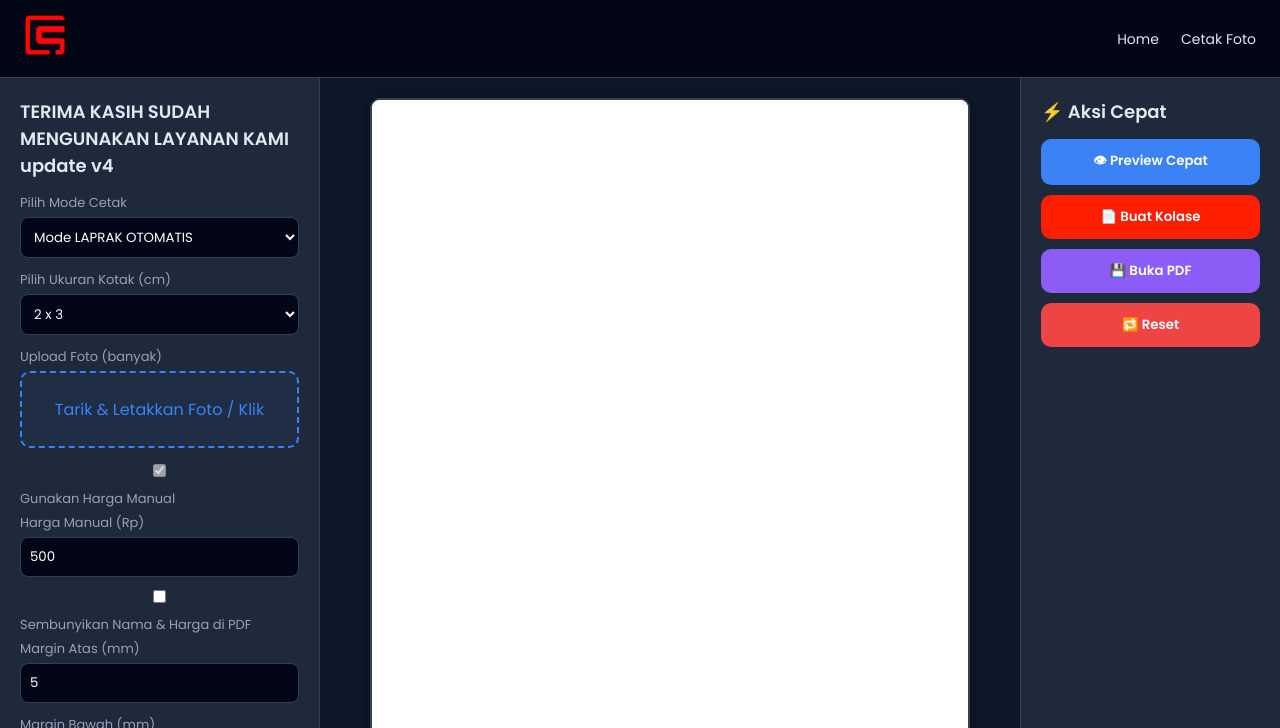
Repository: procinema22/hiisedulurfc
Page: cetakfoto.html
These files come from the project's save history. The page is drawn as it stood at one moment and after the next save; the edit follows.
The browser window is 1280 px wide. The pictures show the whole page.
An inner scrolling area shows only its first screen.

Above is the page before, as saved 2026-04-27 21:26:57.

### cetakfoto.html
<!DOCTYPE html>
<html lang="id">
<head>
  <meta charset="UTF-8">
  <meta name="viewport" content="width=device-width, initial-scale=1.0">

  <title>SEDULUR FOTO COPY – Cetak Foto</title>

  <link rel="icon" type="image/png" href="img/loggo/sdlr.png">
  <link href="https://fonts.googleapis.com/css2?family=Poppins:wght@400;600&display=swap" rel="stylesheet">
  <link rel="stylesheet" href="css/cetak.css">

  <script src="https://cdn.jsdelivr.net/npm/exif-js"></script>
  <script src="https://cdnjs.cloudflare.com/ajax/libs/jspdf/2.5.1/jspdf.umd.min.js"></script>
</head>

<body>

<!-- ================= NAVBAR ================= -->
<header>
  <div class="logo">
    <a href="index.html">
      <img src="img/loggo/sdlr.png" alt="Sedulur Foto Copy">
    </a>
  </div>

  <nav>
    <ul>
      <li><a href="index.html">Home</a></li>
      <li><a href="cetakfoto.html" class="active">Cetak Foto</a></li>

    </ul>
  </nav>
</header>

<!-- ================= LAYOUT ================= -->
<div class="layout">

  <!-- ========= PANEL KIRI ========= -->
  <aside class="left-panel">

    <h2 class="section-title">TERIMA KASIH SUDAH MENGUNAKAN LAYANAN KAMI update v4</h2>

    <label>Pilih Mode Cetak</label>
    <select id="modeSelect">
      <option value="normal">Mode LAPRAK OTOMATIS</option>
      <option value="perfoto">Mode PAS FOTO</option>
      <option value="circle">Mode LINGKARAN</option>
    </select>

    <div id="circleControls" style="display:none;">
      <label>Diameter Lingkaran (cm)</label>
      <input id="circleDiameter" type="number" value="4">
    </div>

    <label>Pilih Ukuran Kotak (cm)</label>
    <select id="sizeSelect">
      <option value="2x3">2 x 3</option>
      <option value="3x4">3 x 4</option>
      <option value="4x6">4 x 6</option>
      <option value="5x5">5 x 5</option>
      <option value="6x9">6 x 9</option>
      <option value="10x15">10 x 15</option>
      <option value="custom">Custom...</option>
    </select>

    <div id="customSize" style="display:none;">
      <input id="customW" type="number" placeholder="Lebar (cm)">
      <input id="customH" type="number" placeholder="Tinggi (cm)">
    </div>

    <label>Upload Foto (banyak)</label>
    <div id="dropArea" class="drop-area">
      Tarik & Letakkan Foto / Klik
    </div>
    <input id="upload" type="file" multiple accept="image/*" hidden>

    <label>
      <input type="checkbox" id="manualHargaCheckbox">
      Gunakan Harga Manual
    </label>

    <div id="manualHargaBox" style="display:none;">
      <label>Harga Manual (Rp)</label>
      <input
  id="manualHargaInput"
  type="number"
  value="500"
  min="500"
  step="500">
    </div>

    <label>
      <input type="checkbox" id="hideInfo">
      Sembunyikan Nama & Harga di PDF
    </label>

    <label>Margin Atas (mm)</label>
    <input id="marginTop" type="number" value="5">

    <label>Margin Bawah (mm)</label>
    <input id="marginBottom" type="number" value="5">

    <label>Margin Kiri (mm)</label>
    <input id="marginLeft" type="number" value="5">

    <label>Margin Kanan (mm)</label>
    <input id="marginRight" type="number" value="5">

    <label>Gap antar foto (px)</label>
    <input id="gap" type="number" value="20">

    <label>Nama Pelanggan</label>
    <input id="userName" type="text" placeholder="Nama pengguna">

    <label>
      <input type="checkbox" id="laprakMode">
      Mode Laprak Manual
    </label>

    <div id="laprakControls" style="display:none;">
      <label>Nama Laprak</label>
      <input type="text" id="laprakName">
      <label>Harga Laprak (Rp)</label>
      <input type="number" id="laprakPrice" value="2000">
    </div>

    <div class="price" id="priceDisplay">Harga: Rp 0</div>
    <div id="batchList"></div>

    <label>
      <input type="checkbox" checked disabled>
      hubungi admin untuk menghilangkan watermark
    </label>

  </aside>

  <!-- ========= PANEL TENGAH ========= -->
  <section class="center-panel">
    <canvas id="canvas" width="1240" height="1754"></canvas>

    <div class="page-nav" id="pageNav" style="display:none;">
      <button id="prevPage">⬅</button>
      <div id="pageIndicator">Halaman 1 / 1</div>
      <button id="nextPage">➡</button>
    </div>
  </section>

  <!-- ========= PANEL KANAN ========= -->
  <aside class="right-panel">
    <h2 class="section-title">⚡ Aksi Cepat</h2>
    <button id="previewBtn" class="btn blue">👁 Preview Cepat</button>
    <button id="generateBtn" class="btn green">📄 Buat Kolase</button>
    <button id="downloadPdf" class="btn purple">💾 Buka PDF</button>
    <button id="reset" class="btn red">🔁 Reset</button>
  </aside>

</div>

<!-- ================= LOADING ================= -->
<div id="loadingOverlay">
  <div class="loader"></div>
  <p>Memproses... tunggu sebentar ya</p>
</div>

<div id="toast"></div>

<script src="js/script.js"></script>

<!-- ================= FIREBASE AUTH ================= -->


</body>
</html>

### css/cetak.css
/* ============ ROOT & GLOBAL ============ */
:root {
    --bg: #0f172a;
    --card: #1e293b;
    --border: #334155;
    --text: #e2e8f0;
    --muted: #94a3b8;
    --blue: #3b82f6;
    --green: #ff1e00;
    --purple: #8b5cf6;
    --red: #ef4444;
    --shadow: rgba(0,0,0,.4);
  }

  *{
    margin:0;
    padding:0;
    box-sizing:border-box;
    font-family:"Poppins",sans-serif;
  }

  body{
    background:var(--bg);
    color:var(--text);
    overflow-x:hidden;
  }

  /* ============ HEADER / NAVBAR ============ */
  header{
    display:flex;
    align-items:center;
    justify-content:space-between;
    padding:14px 24px;
    background:#020617;
    border-bottom:1px solid var(--border);
  }

  header .logo img{
    height:42px;
  }

  header nav ul{
    display:flex;
    gap:22px;
    list-style:none;
  }

  header nav ul li a{
    color:var(--text);
    text-decoration:none;
    font-size:14px;
    font-weight:500;
  }

  header nav ul li a:hover{
    color:var(--green);
  }

  .search-box{
    display:flex;
    gap:6px;
  }

  .search-box input{
    padding:6px 10px;
    border-radius:8px;
    background:#020617;
    border:1px solid var(--border);
    color:white;
  }

  /* ============ LAYOUT ============ */
  .layout{
    display:grid;
    grid-template-columns:320px 1fr 260px;
    height:calc(100vh - 70px);
  }

  /* ============ LEFT PANEL ============ */
  .left-panel{
    background:var(--card);
    padding:20px;
    border-right:1px solid var(--border);
    overflow-y:auto;
  }

  .left-panel label{
    font-size:13px;
    color:var(--muted);
    margin-bottom:4px;
    display:block;
  }

  .left-panel input,
  .left-panel select{
    width:100%;
    padding:9px;
    border-radius:8px;
    border:1px solid var(--border);
    background:#020617;
    color:white;
    margin-bottom:12px;
  }

  .section-title{
    font-size:18px;
    font-weight:600;
    margin-bottom:14px;
  }

  /* DROP AREA */
  .drop-area{
    border:2px dashed var(--blue);
    padding:24px;
    text-align:center;
    border-radius:10px;
    color:var(--blue);
    background:rgba(59,130,246,.05);
    cursor:pointer;
    margin-bottom:15px;
  }

  .drop-area:hover{
    background:rgba(59,130,246,.15);
  }

  /* PRICE */
  .price{
    font-size:16px;
    font-weight:600;
    margin-top:6px;
  }

  /* ============ CENTER PANEL ============ */
  .center-panel{
    padding:20px;
    display:flex;
    flex-direction:column;
    align-items:center;
    overflow-y:auto;
  }

  canvas{
    width:100%;
    max-width:600px;
    background:white;
    border-radius:10px;
    border:2px solid var(--border);
    box-shadow:0 0 15px var(--shadow);
  }

  /* PAGE NAV */
  .page-nav{
    display:flex;
    gap:14px;
    margin-top:12px;
  }

  .page-nav button{
    padding:8px 14px;
    border:none;
    border-radius:8px;
    background:var(--blue);
    color:white;
    cursor:pointer;
  }

  /* ============ RIGHT PANEL ============ */
  .right-panel{
    background:var(--card);
    padding:20px;
    border-left:1px solid var(--border);
    overflow-y:auto;
  }

  .btn{
    width:100%;
    padding:12px;
    border:none;
    border-radius:10px;
    font-weight:600;
    cursor:pointer;
    margin-bottom:10px;
    color:white;
  }

  .blue{background:var(--blue)}
  .green{background:var(--green)}
  .purple{background:var(--purple)}
  .red{background:var(--red)}

  /* ============ LOADER & TOAST ============ */
  #loadingOverlay{
    position:fixed;
    inset:0;
    background:rgba(0,0,0,.7);
    display:none;
    flex-direction:column;
    justify-content:center;
    align-items:center;
    z-index:9999;
  }

  .loader{
    width:60px;
    height:60px;
    border-radius:50%;
    border:6px solid #fff;
    border-top:6px solid var(--blue);
    animation:spin 1s linear infinite;
  }

  @keyframes spin{
    to{transform:rotate(360deg)}
  }

  #toast{
    position:fixed;
    bottom:20px;
    right:20px;
    padding:12px 18px;
    background:var(--card);
    border-left:5px solid var(--blue);
    border-radius:10px;
    opacity:0;
    transition:.3s;
    z-index:10000;
  }

  #toast.show{
    opacity:1;
    transform:translateY(-6px);
  }

  /* ============ PRINT A4 MODE ============ */
  @media print{
    header,
    .left-panel,
    .right-panel,
    .page-nav,
    #toast,
    #loadingOverlay{
      display:none !important;
    }

    body{
      background:white;
      overflow:visible;
    }

    .layout{
      display:block;
      height:auto;
    }

    canvas{
      width:210mm !important;
      height:297mm !important;
      max-width:none;
      border:none;
      box-shadow:none;
      border-radius:0;
    }
  }

  @page{
    size:A4;
    margin:10mm;
  }
  .btn-logout {
    background: #e53935;
    color: #fff;
    border: none;
    padding: 8px 14px;
    border-radius: 6px;
    cursor: pointer;
    font-weight: 600;
  }

  .btn-logout:hover {
    background: #c62828;
  }

Loaded but not shown: js/script.js (985 lines, source omitted)

After the next save:
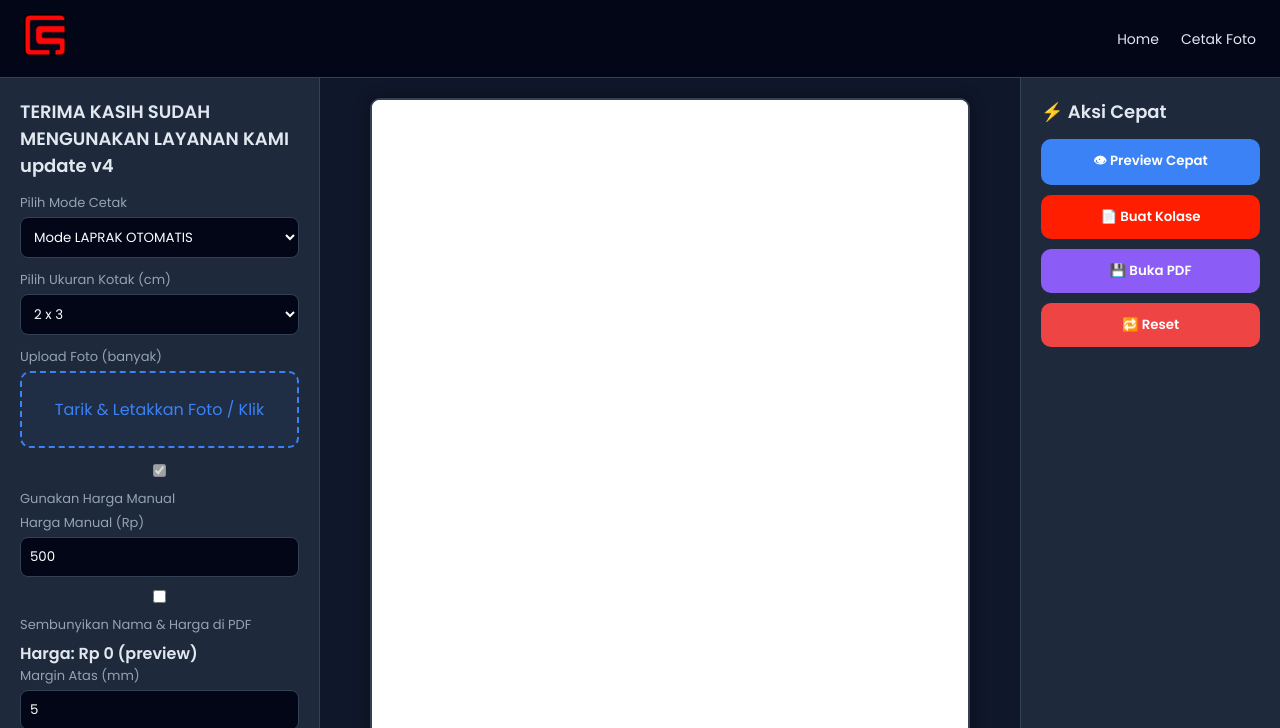
Saved 39 s later.
--- a/cetakfoto.html
+++ b/cetakfoto.html
@@ -94,6 +94,15 @@
       <input type="checkbox" id="hideInfo">
       Sembunyikan Nama & Harga di PDF
     </label>
+    <div id="laprakControls" style="display:none;">
+      <label>Nama Laprak</label>
+      <input type="text" id="laprakName">
+      <label>Harga Laprak (Rp)</label>
+      <input type="number" id="laprakPrice" value="2000">
+    </div>
+
+    <div class="price" id="priceDisplay">Harga: Rp 0</div>
+    <div id="batchList"></div>
 
     <label>Margin Atas (mm)</label>
     <input id="marginTop" type="number" value="5">
@@ -118,15 +127,7 @@
       Mode Laprak Manual
     </label>
 
-    <div id="laprakControls" style="display:none;">
-      <label>Nama Laprak</label>
-      <input type="text" id="laprakName">
-      <label>Harga Laprak (Rp)</label>
-      <input type="number" id="laprakPrice" value="2000">
-    </div>
 
-    <div class="price" id="priceDisplay">Harga: Rp 0</div>
-    <div id="batchList"></div>
 
     <label>
       <input type="checkbox" checked disabled>
